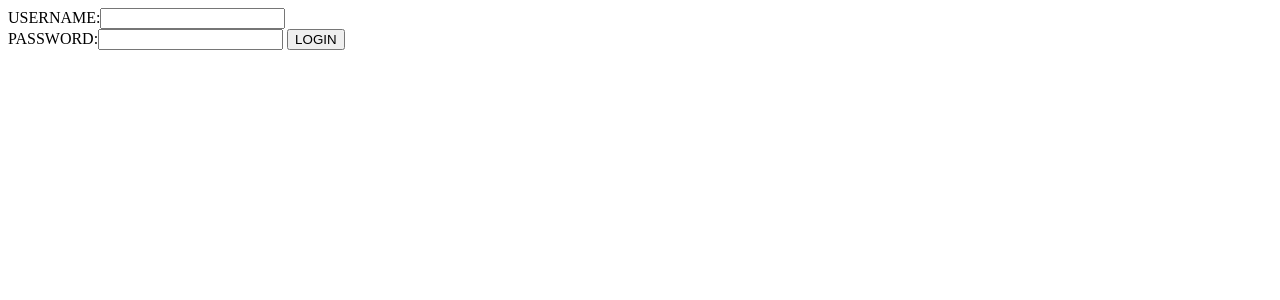
Repository: cdevangi/javaTraining
Page: http://localhost/MyApp/login.jsp
These files come from the project's save history. The page is drawn as it stood at one moment and after the next save; the edit follows.
The browser window is 1280 px wide. The pictures show the whole page.
The page is served by Tomcat 9. Other server files are loaded and not shown.

Above is the page before, as saved 2018-08-16 08:26:11.

### MyApp/WebContent/login.jsp
<%@ page language="java" contentType="text/html; charset=ISO-8859-1"
    pageEncoding="ISO-8859-1"%>
<!DOCTYPE html>
<html>
<head>
<meta charset="ISO-8859-1">
<title>Insert title here</title>
</head>
<body>

<form action="">
USERNAME:<input type="text" name="username"> <br>
PASSWORD:<input type="text" name="password">
<input type="submit" value="LOGIN">
</form>

</body>
</html>

After the next save:
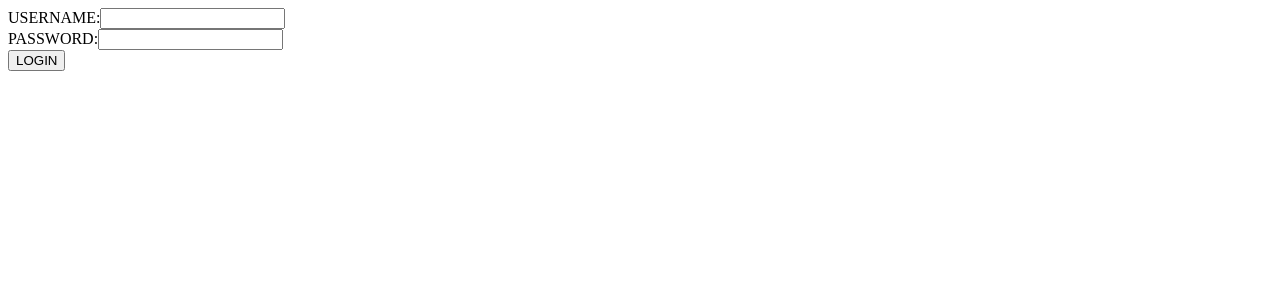
Saved 60 s later.
--- a/MyApp/WebContent/login.jsp
+++ b/MyApp/WebContent/login.jsp
@@ -10,7 +10,7 @@
 
 <form action="">
 USERNAME:<input type="text" name="username"> <br>
-PASSWORD:<input type="text" name="password">
+PASSWORD:<input type="text" name="password"> <br>
 <input type="submit" value="LOGIN">
 </form>
 
